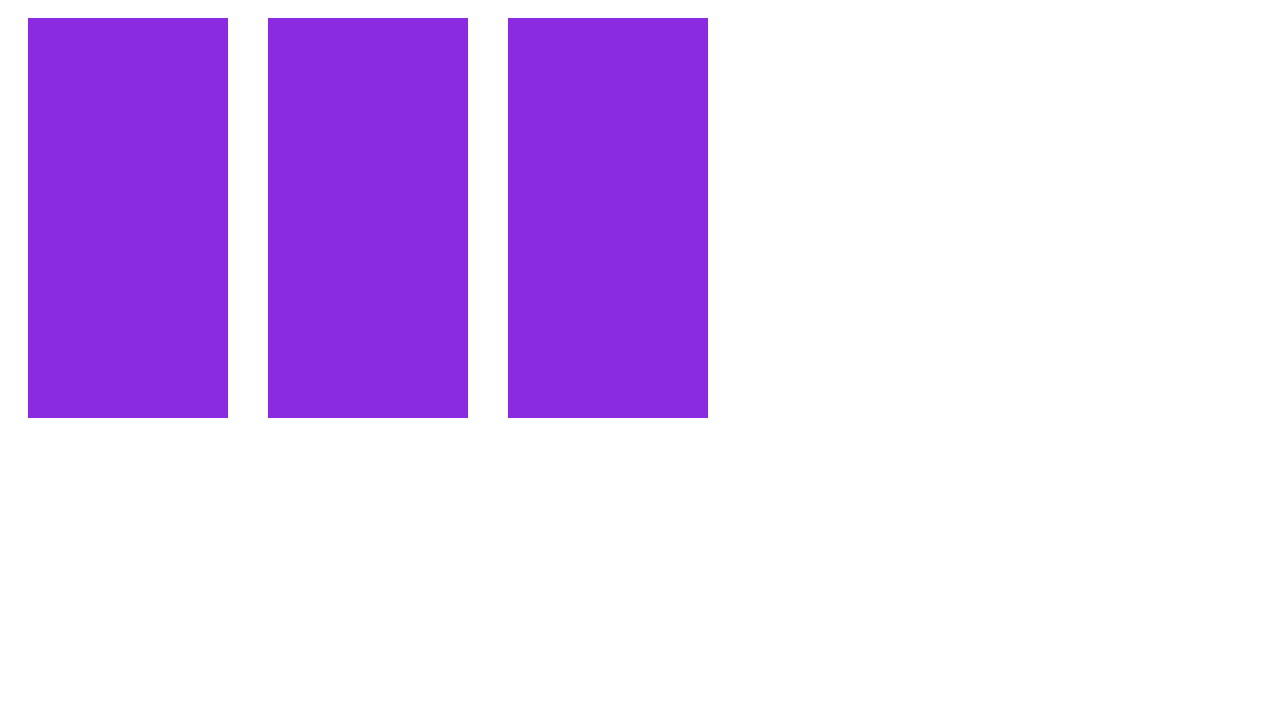
Repository: TheBestBadGuy0228/code
Page: 清除浮动.html
An editor plug-in stored every save of this project. The page is shown before and after the next save, followed by the edit.
The browser window is 1280 px wide. The pictures show the whole page.

Above is the page before, as saved 2021-12-09 13:54:54.

After the next save:
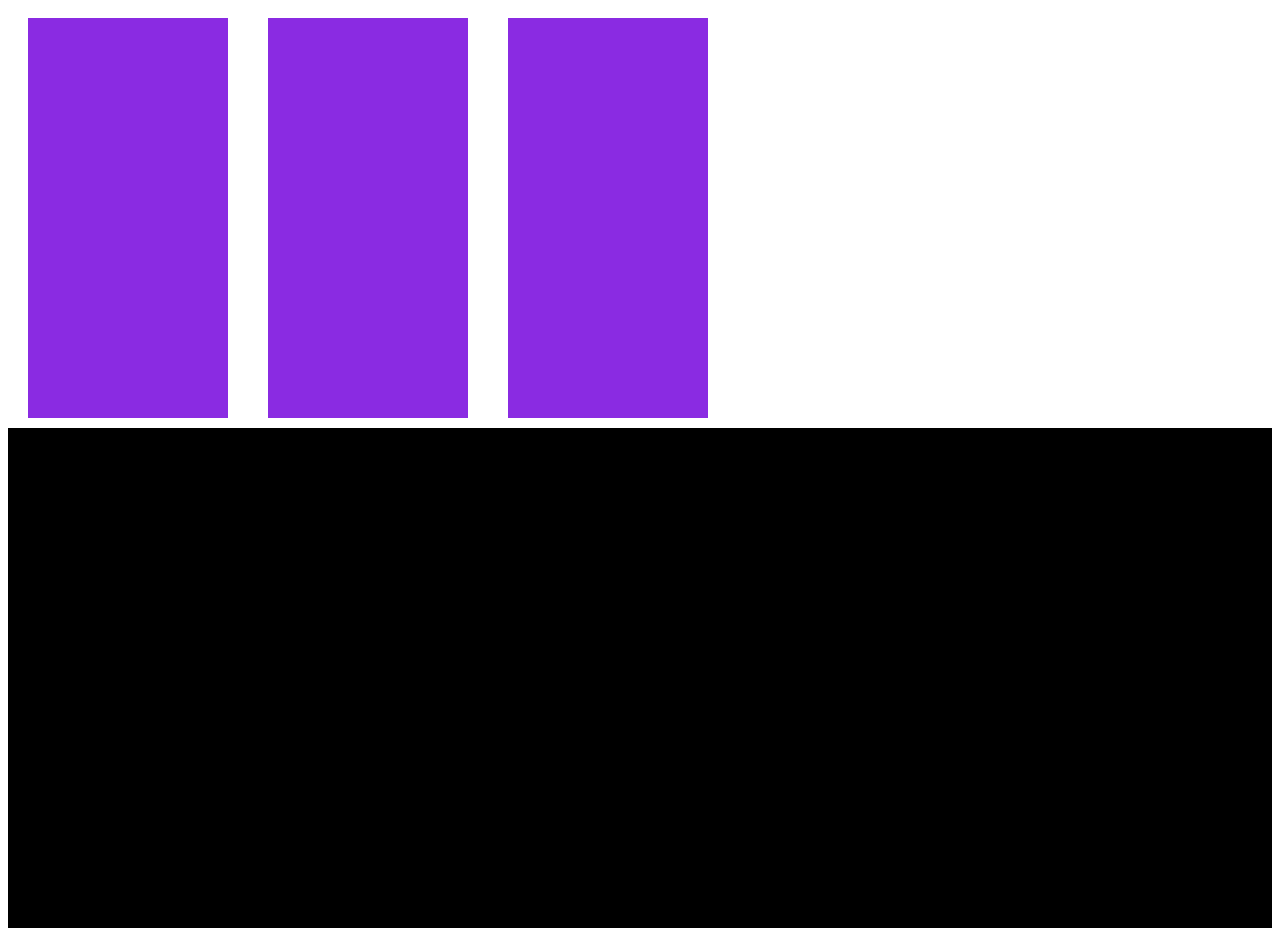
Saved 60 s later.
--- a/清除浮动.html
+++ b/清除浮动.html
@@ -15,6 +15,12 @@
         .test {
             width: auto;
             background-color: yellowgreen;
+        }
+
+        .test2 {
+            width: auto;
+            height: 500px;
+            background-color: black;
         }
 
         .test>div {
@@ -73,5 +79,6 @@ both                同时清除左右两侧浮动的影响
         <div class="son3"></div>
     </div>
     <div class="clearn"></div>
+    <div class="test2"></div>
 </body>
 </html>
